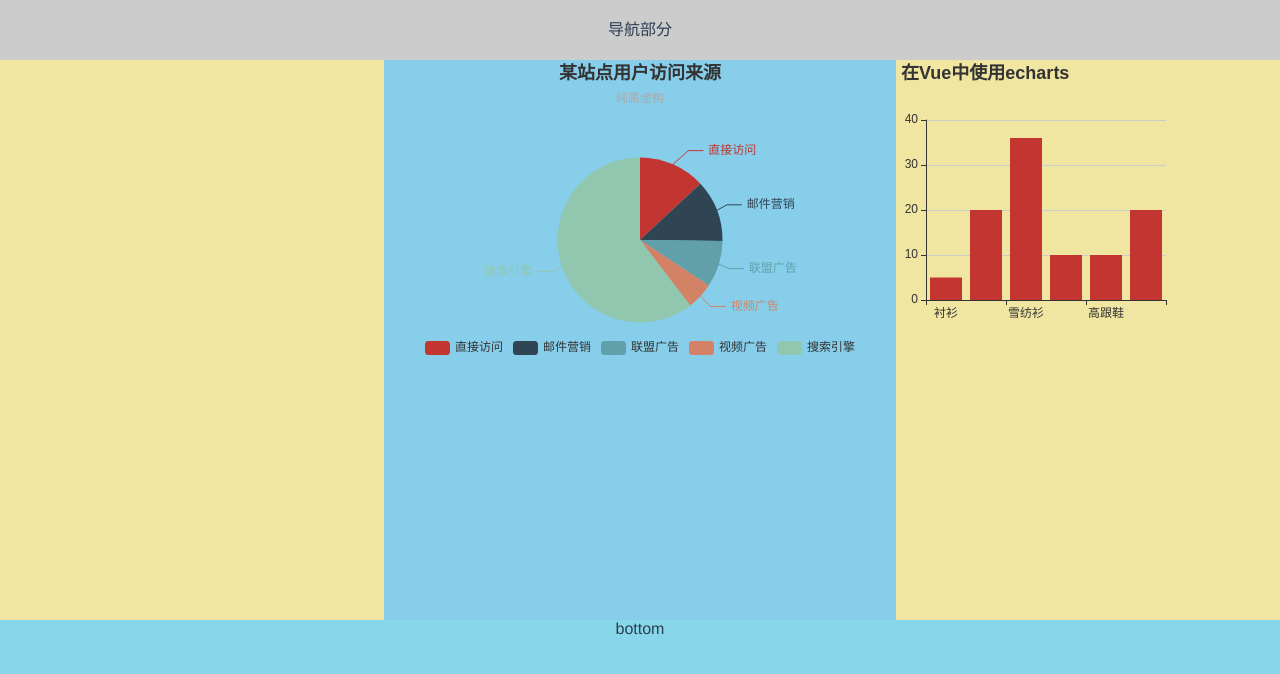
Repository: nyy-2017/vue-echarts
Page: /
An editor plug-in stored every save of this project. The page is shown before and after the next save, followed by the edit.
The browser window is 1280 px wide. The pictures show the whole page.
The project was rebuilt for these pictures with package versions that can differ from the ones it lists, and the page was loaded fresh each time.

Above is the page before, as saved 2019-07-09 09:36:04.

### src/main.js
import Vue from 'vue'
import App from './App'
import router from './router'
// 引入echarts
import echarts from 'echarts'

Vue.prototype.$echarts = echarts

Vue.config.productionTip = false

/* eslint-disable no-new */
new Vue({
  el: '#app',
  router,
  render: h => h(App)
})

### src/components/HelloWorld.vue
<template>
    <div id="all">
      <div class="contains">
        <div id="top">导航部分</div>
        <div id="content">
            <div class="left">
            </div>
            <div class="center">
              <myEcharts></myEcharts>
            </div>
            <div class="right">
              <div id="myChart" :style="{width: '300px', height: '300px'}"></div>
            </div>
        </div>
        <div id="bottom">bottom</div>
      </div>
    </div>
</template>


<script>
import myEcharts from "../demo/myEcharts.vue"
// 引入基本模板
let echarts = require('echarts/lib/echarts')
// 引入柱状图组件
require('echarts/lib/chart/bar')
// 引入提示框和title组件
require('echarts/lib/component/tooltip')
require('echarts/lib/component/title')
export default {
  components: {
    myEcharts
  },
  data () {
    return {
    }
  },
  methods:{

    drawLine(){
            // 基于准备好的dom，初始化echarts实例
            let myChart = this.$echarts.init(document.getElementById('myChart'))
            // 绘制图表
            myChart.setOption({
                title: { text: '在Vue中使用echarts' },
                tooltip: {},
                xAxis: {
                    data: ["衬衫","羊毛衫","雪纺衫","裤子","高跟鞋","袜子"]
                },
                yAxis: {},
                series: [{
                    name: '销量',
                    type: 'bar',
                    data: [5, 20, 36, 10, 10, 20]
                }]
            });
        }
  },
  created(){
  },
  mounted(){
    this.drawLine();
  },
}
</script>


<style>
#chart{
 display:flex;
 }
#all{
   margin:0;
   padding:0;
   width: 100%;
   height: 100%;
 }
 .contains{
   width: 100%;
   min-width: 500px;
 }
#top{
    position:absolute;
    top:0;
    left:0;
    background-color:#ccc;
    height:60px;
    line-height: 60px;
    width:100%;
    z-index:100;
}
#bottom{
    position:absolute;
    bottom:0;
    left:0;
    background-color:#88D6E9;
    height:100px;
    width:100%;
    z-index:100;
}

#content{
    position:absolute;
    width:100%;
    overflow:auto;
    background-color:#F0E6A2;
    bottom:100px;
    top:60px;
    left: 0;
    right: 0;
    z-index:90;
    display: flex;
    flex-direction: row;
}
  .left{
    width: 30%;
    height: 100%;
  }
  .center{
    width: 40%;
    height: 100%;
    background-color: skyblue;

  }
  .right{
    width: 30%;
    height: 100%;
  }
</style>

### src/demo/myEcharts.vue
<template>
    <div class="pie">
        <div id="pie1">
            <!-- 为 ECharts 准备一个具备大小（宽高）的 DOM -->
            <div id="main1" style="float:left;width:100%;height: 300px"></div>
        </div>
        <div id="pie2">
            <div id="main2" style="float:left;width:100%;height: 300px"></div>
        </div>
    </div>
</template>

<script>
    var echarts = require('echarts');

    export default {
        data() {
            return {
                // 数据
                data1: [],
            }
        },
        mounted() {
            this.initData();
        },
        methods: {
            //初始化数据
            initData() {
                var myChart = echarts.init(document.getElementById('main1'));
                window.onresize = myChart.resize
                // 绘制图表
                myChart.setOption({
                    title : {
                        text: '某站点用户访问来源',
                        subtext: '纯属虚构',
                        x:'center'
                    },
                    tooltip : {
                        trigger: 'item',
                        formatter: "{a} <br/>{b} : {c} ({d}%)"
                    },
                    legend: {
                        orient: 'vertical',
                        bottom: 'bottom',
                        data: ['直接访问','邮件营销','联盟广告','视频广告','搜索引擎']
                    },
                    series : [
                        {
                            name: '访问来源',
                            type: 'pie',
                            radius : '55%',
                            center: ['50%', '60%'],
                            data:[
                                {value:335, name:'直接访问'},
                                {value:310, name:'邮件营销'},
                                {value:234, name:'联盟广告'},
                                {value:135, name:'视频广告'},
                                {value:1548, name:'搜索引擎'}
                            ],
                            itemStyle: {
                                emphasis: {
                                    shadowBlur: 10,
                                    shadowOffsetX: 0,
                                    shadowColor: 'rgba(0, 0, 0, 0.5)'
                                }
                            }
                        }
                    ]
                });

            },
        }
    }
</script>

Loaded but not shown: src/App.vue (common file); src/router/index.js (common file)

After the next save:
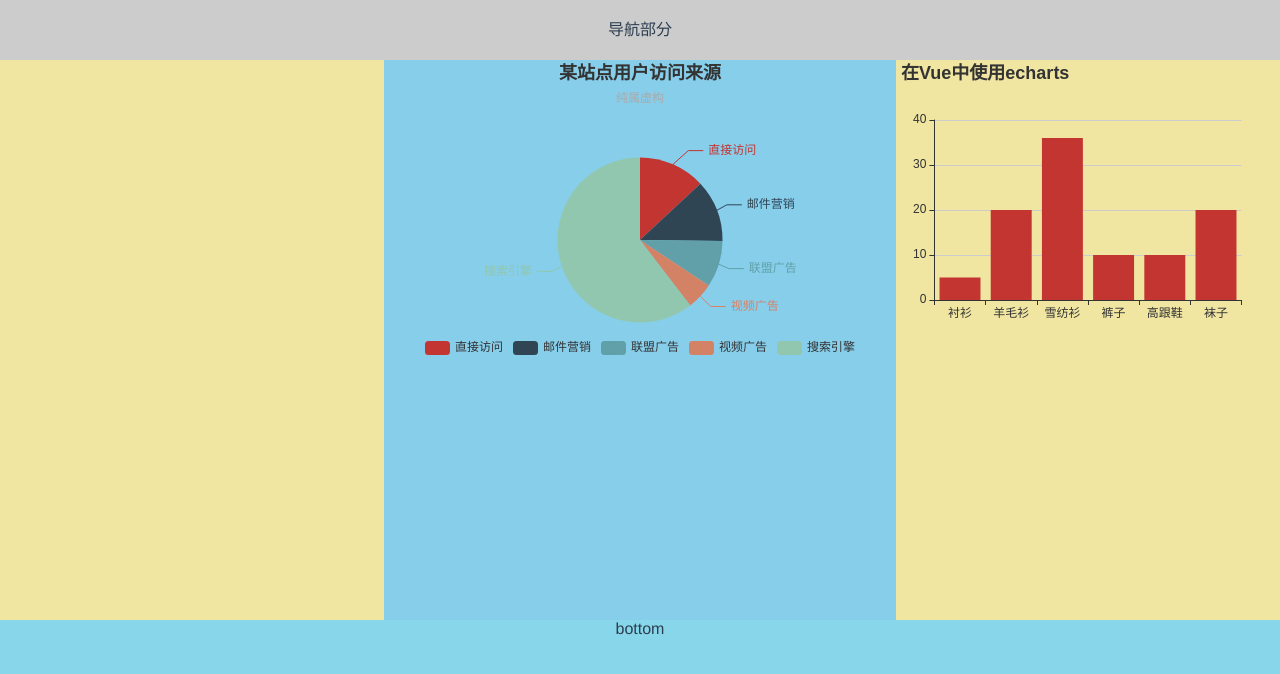
Saved 2 min 8 s later.
--- a/src/components/HelloWorld.vue
+++ b/src/components/HelloWorld.vue
@@ -9,7 +9,7 @@
               <myEcharts></myEcharts>
             </div>
             <div class="right">
-              <div id="myChart" :style="{width: '300px', height: '300px'}"></div>
+              <div id="myChart" :style="{width: '100%', height: '300px'}"></div>
             </div>
         </div>
         <div id="bottom">bottom</div>
